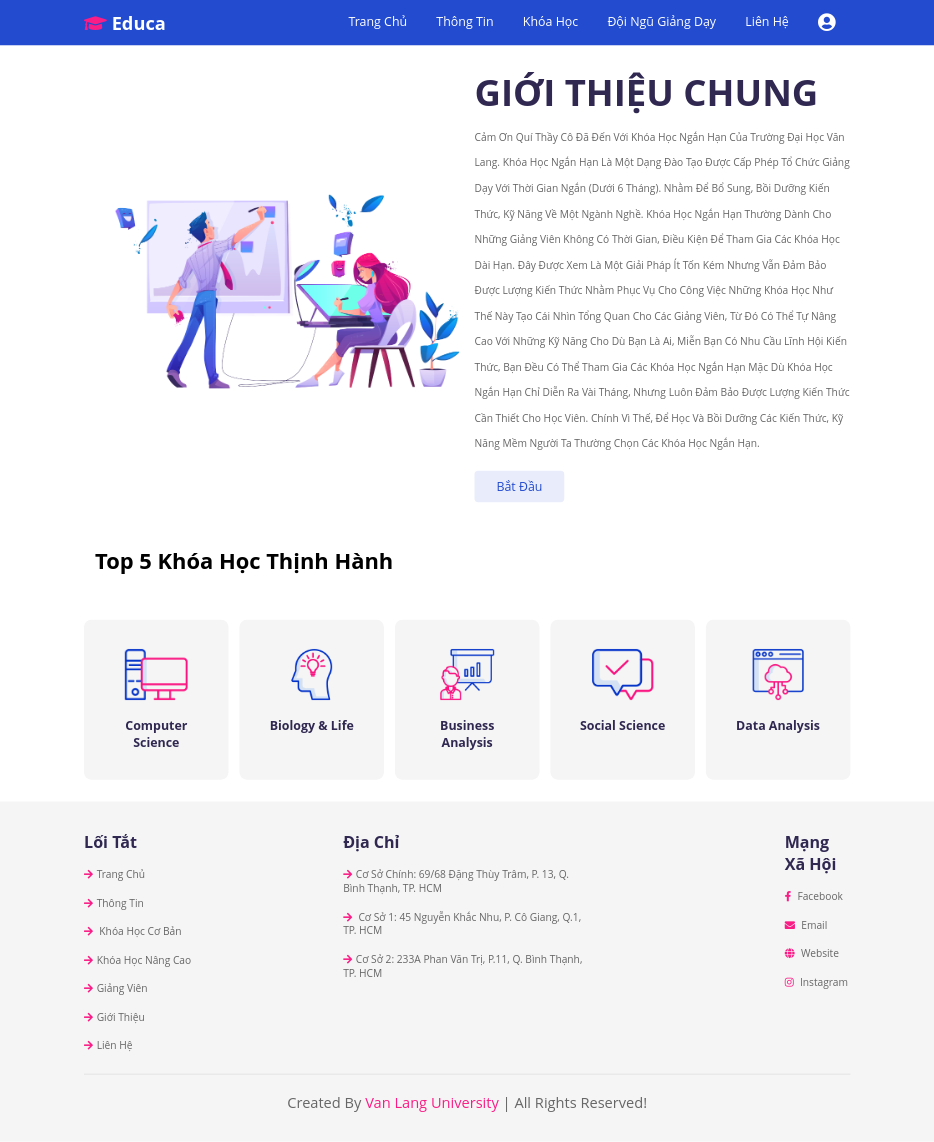
Repository: nhatkhanh022400/Layout
Page: Page-User/home.html
The author's editor kept a copy of each file at every save. The page is drawn from the files as they stood at one save, then again after the next save.
The browser window is 1280 px wide. The pictures show the whole page, at 73% of full size.

Above is the page before, as saved 2022-03-22 16:47:56.
Console error: ReferenceError: $ is not defined

### Page-User/home.html
<!DOCTYPE html>
<html lang="en">
<head>
    <meta charset="UTF-8">
    <meta http-equiv="X-UA-Compatible" content="IE=edge">
    <meta name="viewport" content="width=device-width, initial-scale=1.0">
    <title>home</title>

    <!-- font awesome cdn link  -->
    <link rel="stylesheet" href="https://cdnjs.cloudflare.com/ajax/libs/font-awesome/5.15.4/css/all.min.css">

    <!-- custom css file link  -->
    <link rel="stylesheet" href="css/style.css">
    <link rel="stylesheet" href="https://unpkg.com/aos@next/dist/aos.css" />

</head>
<body>

<!-- header section starts  -->

<header class="header">

    <a href="home.html" class="logo"> <i class="fas fa-graduation-cap"></i> educa </a>

    <div id="menu-btn" class="fas fa-bars"></div>

    <nav class="navbar">
        <ul>
            <li><a href="home.html">Trang Chủ</a></li>
            <li><a href="about.html">Thông Tin</a></li>
            <li><a href="#">Khóa Học</a>
                <ul>
                    <li><a href="course-1.html">Khóa Học Cơ Bản</a></li>
                    <li><a href="course-2.html">Khóa Học Nâng Cao </a></li>

                </ul>
            </li>
            <li>
                <a href="#">Đội Ngũ Giảng Dạy</a>
                <ul>
                    <li><a href="blog.html">Giới Thiệu</a></li>
                    <li><a href="teachers.html">Giảng Viên</a></li>
                </ul>
            </li>
            <li><a href="contact.html">Liên Hệ</a></li>
            <li>
                <a href="#">
                    <i class="fas fa-user-circle"></i>
                </a>
                <ul>
                    <li><a href="user.html">Profile</a></li>
                    <li><a href="sign-up.html">Đăng Xuất</a></li>
                </ul>

            </li>
        </ul>
    </nav>

</header>

<!-- header section ends -->

<!-- home section starts  -->

<section class="home">

    <div class="image">
        <img src="images/home-img.png" alt="">
    </div>

    <div class="content">
        <h3>GIỚI THIỆU CHUNG</h3>
        <p>Cảm ơn quí thầy cô đã đến với khóa học ngắn hạn của Trường Đại Học Văn Lang.

            Khóa học ngắn hạn là một dạng đào tạo được cấp phép tổ chức giảng dạy với thời gian ngắn (dưới 6 tháng). Nhằm để bổ sung, bồi dưỡng kiến thức, kỹ năng về một ngành nghề. Khóa học ngắn hạn thường dành cho những giảng viên không có thời gian, điều kiện để tham gia các khóa học dài hạn. Đây được xem là một giải pháp ít tốn kém nhưng vẫn đảm bảo được lượng kiến thức nhằm phục vụ cho công việc

            Những khóa học như thế này tạo cái nhìn tổng quan cho các giảng viên, từ đó có thể tự nâng cao với những kỹ năng

            Cho dù bạn là ai, miễn bạn có nhu cầu lĩnh hội kiến thức, bạn đều có thể tham gia các khóa học ngắn hạn

            Mặc dù khóa học ngắn hạn chỉ diễn ra vài tháng, nhưng luôn đảm bảo được lượng kiến thức cần thiết cho học viên. Chính vì thế, để học và bồi dưỡng các kiến thức, kỹ năng mềm người ta thường chọn các khóa học ngắn hạn.</p>
        <a href="about.html" class="btn">Bắt Đầu</a>
    </div>

</section>

<!-- home section ends -->

<!-- categories section starts  -->
<section class="trending">Top 5 Khóa Học Thịnh Hành</section>
<section class="category">

    <a href="#" class="box">
        <img src="images/category-1.png" alt="">
        <h3>computer science</h3>
    </a>

    <a href="#" class="box">
        <img src="images/category-2.png" alt="">
        <h3>biology & life</h3>
    </a>

    <a href="#" class="box">
        <img src="images/category-3.png" alt="">
        <h3>business analysis</h3>
    </a>

    <a href="#" class="box">
        <img src="images/category-4.png" alt="">
        <h3>social science</h3>
    </a>

    <a href="#" class="box">
        <img src="images/category-5.png" alt="">
        <h3>data analysis</h3>
    </a>

</section>

<!-- categories section ends -->












<!-- footer section starts  -->

<section class="footer" data-aos="fade-right" data-aos-duration="40000">

    <div class="box-container">

        <div class="box">
            <h3>Lối Tắt</h3>
            <a href="home.html"> <i class="fas fa-arrow-right"></i>Trang Chủ</a>
            <a href="about.html"> <i class="fas fa-arrow-right"></i>Thông Tin </a>
            <a href="course-1.html"> <i class="fas fa-arrow-right"></i> Khóa Học Cơ Bản</a>
            <a href="course-2.html"> <i class="fas fa-arrow-right"></i>Khóa Học Nâng Cao</a>
            <a href="teachers.html"> <i class="fas fa-arrow-right"></i>Giảng Viên</a>
            <a href="blog.html"> <i class="fas fa-arrow-right"></i>Giới Thiệu</a>
            <a href="contact.html"> <i class="fas fa-arrow-right"></i>Liên Hệ</a>
        </div>

        <div class="box">
            <h3>Địa Chỉ</h3>
            <a href="#"> <i class="fas fa-arrow-right"></i>Cơ sở chính: 69/68 Đặng Thùy Trâm, P. 13, Q. Bình Thạnh, TP. HCM</a>
            <a href="#"> <i class="fas fa-arrow-right"></i> Cơ sở 1: 45 Nguyễn Khắc Nhu, P. Cô Giang, Q.1, TP. HCM</a>
            <a href="#"> <i class="fas fa-arrow-right"></i>Cơ sở 2: 233A Phan Văn Trị, P.11, Q. Bình Thạnh, TP. HCM</a>

        </div>

        <div class="box" style="margin-left: 25rem;">
            <h3>Mạng Xã Hội</h3>
            <a href="#"> <i class="fab fa-facebook-f"></i> facebook </a>
            <a href="#"> <i class="fas fa-envelope"></i> email</a>
            <a href="#"> <i class="fas fa-globe"></i> website </a>
            <a href="#"> <i class="fab fa-instagram"></i> instagram </a>

        </div>

    </div>

    <div class="credit"> created by <span>Van Lang University</span> | all rights reserved! </div>

</section>

<!-- footer section ends -->

<!-- custom js file link  -->
<script src="js/script.js"></script>
<script src="https://unpkg.com/aos@next/dist/aos.js"></script>
    <script>
        AOS.init();
    </script>
</body>
</html>

### Page-User/css/style.css
@import url("https://fonts.googleapis.com/css2?family=Poppins:wght@100;300;400;500;600&display=swap");
* {
  font-family: 'Open Sans', sans-serif;
  margin: 0;
  padding: 0;
  -webkit-box-sizing: border-box;
  box-sizing: border-box;
  text-transform: capitalize;
  text-decoration: none;
  outline: none;
  border: none;
  -webkit-transition: all 0.2s linear;
  transition: all 0.2s linear;
}

html {
  font-size: 62.5%;
  overflow-x: hidden;
}

section {
  padding: 3rem 9%;
}

.btn {
  display: inline-block;
  margin-top: 1rem;
  padding: 1rem 3rem;
  background: #e9edfb;
  color: #224bcf;
  cursor: pointer;
  border-radius: 0.5rem;
  font-size: 1.7rem;
}

.btn:hover {
  color: #fff;
  background: #224bcf;
}

.heading {
  background: url(../images/heading-bg.png) no-repeat;
  background-size: cover;
  background-position: center;
}

.heading h3 {
  font-size: 3.5rem;
  color: #302851;
}

.heading p {
  font-size: 1.6rem;
  color: #666;
  padding-top: 0.5rem;
}

.heading p a {
  padding-right: 0.5rem;
  color: #fa1d86;
}

.heading p a:hover {
  color: #224bcf;
}

.header {
  position: -webkit-sticky;
  position: sticky;
  top: 0;
  left: 0;
  right: 0;
  z-index: 1000;
  display: -webkit-box;
  display: -ms-flexbox;
  display: flex;
  -webkit-box-align: center;
  -ms-flex-align: center;
  align-items: center;
  -webkit-box-pack: justify;
  -ms-flex-pack: justify;
  justify-content: space-between;
  padding: 0 9%;
  background: #224bcf;
  height: 62px;
}

.header .logo {
  font-size: 2.5rem;
  font-weight: bolder;
  color: #fff;
  text-decoration: none;
}

.header .logo i {
  color: #fa1d86;
}

.header .navbar ul {
  list-style: none;
  width: 100%;
}

.header .fa-user-circle{
  font-size: 25px;
}

.header .navbar ul li {
  position: relative;
  float: left;
}

.header .navbar ul li:hover ul {
  display: block;
}

.header .navbar ul li a {
  padding: 2rem;
  display: block;
  font-size: 1.7rem;
  color: #fff;
  text-decoration: none;
}

.header .navbar ul li a:hover {
  background: #fa1d86;
}

.header .navbar ul li ul {
  position: absolute;
  left: 0;
  width: 20rem;
  background: #224bcf;
  display: none;
}

.header .navbar ul li ul li {
  width: 100%;
}

#menu-btn {
  cursor: pointer;
  color: #fff;
  font-size: 2.5rem;
  display: none;
}

.home {
  display: -webkit-box;
  display: -ms-flexbox;
  display: flex;
  -webkit-box-align: center;
  -ms-flex-align: center;
  align-items: center;
  -ms-flex-wrap: wrap;
  flex-wrap: wrap;
  gap: 2rem;
}

.home .image {
  -webkit-box-flex: 1;
  -ms-flex: 1 1 42rem;
  flex: 1 1 42rem;
}

.home .image img {
  width: 100%;
}

.home .content {
  -webkit-box-flex: 1;
  -ms-flex: 1 1 42rem;
  flex: 1 1 42rem;
}

.home .content h3 {
  color: #302851;
  font-size: 5rem;
}

.home .content p {
  font-size: 1.4rem;
  color: #666;
  padding: 1rem 0;
  line-height: 2.5;
}

.trending{
  font-size: 30px;
  font-weight: bold;
  margin-left: 1.5rem;
}

.category {
  display: -ms-grid;
  display: grid;
  -ms-grid-columns: (minmax(16rem, 1fr)) [auto-fit];
  grid-template-columns: repeat(auto-fit, minmax(16rem, 1fr));
  gap: 1.5rem;
}

.category .box {
  border-radius: 1rem;
  background: #f5f5f5;
  padding: 4rem 3rem;
  text-align: center;
}

.category .box img {
  height: 7rem;
  margin-bottom: 2rem;
}

.category .box h3 {
  font-size: 1.7rem;
  color: #302851;
}

.about {
  display: -webkit-box;
  display: -ms-flexbox;
  display: flex;
  -webkit-box-align: center;
  -ms-flex-align: center;
  align-items: center;
  -ms-flex-wrap: wrap;
  flex-wrap: wrap;
  gap: 2rem;
}

.about .image {
  -webkit-box-flex: 1;
  -ms-flex: 1 1 42rem;
  flex: 1 1 42rem;
}

.about .image img {
  width: 100%;
}

.about .content {
  -webkit-box-flex: 1;
  -ms-flex: 1 1 42rem;
  flex: 1 1 42rem;
}

.about .content h3 {
  color: #302851;
  font-size: 4.5rem;
}

.about .content p {
  font-size: 1.4rem;
  padding: 1rem 0;
  color: #666;
  line-height: 2.5;
}

.teachers {
  display: -ms-grid;
  display: grid;
  -ms-grid-columns: (minmax(27rem, 1fr)) [auto-fit];
  grid-template-columns: repeat(auto-fit, minmax(27rem, 1fr));
  gap: 1.5rem;

}

.teachers .box {
  text-align: center;
  overflow: hidden;
}

.teachers .box:hover .image .share {
  -webkit-transform: translateY(0);
  transform: translateY(0);
}

.teachers .box:hover .image .share a {
  transform: translateY(10px);
  opacity: 1;
  transition: transform 0.2s 0.2s;
  transition: transform 0.2s 0.2s, -webkit-transform 0.2s 0.2s;
}

.teachers .box:hover .image .share button {
  background-color: transparent;
  color: white;
  font-weight: bold;
  border: 1px solid white;
  padding: 3px 6px;
  border-radius: 3px;
  font-size: 15px;
  transform: translateY(-10px);
  opacity: 1;
  transition: transform 0.2s 0.2s;
}

.teachers .box:hover .image .share .status {
  float: left;
  background-color: transparent;
  color: white;
  font-size: 13px;
  transform: translateY(-10px);
  transition: p 0.2s;
}

.teachers .box .image {
  overflow: hidden;
  height: 32rem;
  width: 100%;
  position: relative;
  border-radius: 1rem;
}

.teachers .box .image .share {
  position: absolute;
  top: 0;
  left: 0;
  height: 100%;
  width: 100%;
  background: rgba(0, 0, 0, 0.7);
  display: -webkit-box;
  display: -ms-flexbox;
  display: flex;
  -webkit-box-align: end;
  -ms-flex-align: end;
  align-items: flex-end;
  -webkit-box-pack: center;
  -ms-flex-pack: center;
  justify-content: center;
  z-index: 10;
  overflow: hidden;
  -webkit-transform: translateY(-100%);
  transform: translateY(-100%);
}

.teachers .box .image .share a {
  font-size: 2.5rem;
  margin: 2rem 1.5rem;
  color: #fff;
  -webkit-transform: translateY(5rem);
  transform: translateY(5rem);
  opacity: 0;
}

.teachers .box .image .share a:hover {
  color: #fa1d86;
}

.teachers .box .image .share button:hover {
  background-color: white;
  color: black;
}

.teachers .box .image img {
  height: 100%;
  width: 100%;
  -o-object-fit: cover;
  object-fit: cover;
}

.teachers .box .content {
  padding-top: 1rem;
}

.teachers .box .content h3 {
  font-size: 2rem;
  color: #302851;
}

.teachers .box .content span {
  color: #666;
  font-size: 1.5rem;
}

.blog {
  display: -ms-grid;
  display: grid;
  -ms-grid-columns: (minmax(31rem, 1fr)) [auto-fit];
  grid-template-columns: repeat(auto-fit, minmax(31rem, 1fr));
  gap: 1.5rem;
}

.blog .box .image {
  height: 25rem;
  width: 100%;
  overflow: hidden;
}

.blog .box .image img {
  height: 100%;
  width: 100%;
  -o-object-fit: cover;
  object-fit: cover;
  border-radius: 0.5rem;
}

.blog .box .content {
  padding: 2rem;
  background: #f5f5f5;
}

.blog .box .content .icons {
  padding: 1.5rem 0;
  margin-bottom: 1rem;
  display: -webkit-box;
  display: -ms-flexbox;
  display: flex;
  -webkit-box-align: center;
  -ms-flex-align: center;
  align-items: center;
  -webkit-box-pack: justify;
  -ms-flex-pack: justify;
  justify-content: space-between;
}

.blog .box .content .icons a {
  font-size: 1.4rem;
  color: #666;
}

.blog .box .content .icons a:hover {
  color: #224bcf;
}

.blog .box .content .icons a i {
  padding-right: 0.5rem;
  color: #224bcf;
}

.blog .box .content h3 {
  font-size: 1.7rem;
  padding: 0.5rem 0;
  color: #302851;
}

.blog .box .content p {
  padding: 1rem 0;
  font-size: 1.4rem;
  line-height: 2.5;
  color: #666;
}

.contact .icons-container {
  display: -ms-grid;
  display: grid;
  -ms-grid-columns: (minmax(30rem, 1fr)) [auto-fit];
  grid-template-columns: repeat(auto-fit, minmax(30rem, 1fr));
  gap: 1.5rem;
}

.contact .icons-container .icons {
  text-align: center;
  padding: 2rem;
  border-radius: 1rem;
  background: #f5f5f5;
  margin-bottom: 2rem;
}

.contact .icons-container .icons i {
  height: 6.5rem;
  width: 6.5rem;
  line-height: 6.5rem;
  font-size: 2.5rem;
  color: #224bcf;
  background: #e9edfb;
  border-radius: 50%;
  text-align: center;
  margin-bottom: 0.5rem;
}

.contact .icons-container .icons h3 {
  font-size: 2rem;
  color: #302851;
  padding: 0.7rem 0;
}

.contact .icons-container .icons p {
  line-height: 2;
  font-size: 1.4rem;
  color: #666;
}

.contact .row {
  display: -webkit-box;
  display: -ms-flexbox;
  display: flex;
  -ms-flex-wrap: wrap;
  flex-wrap: wrap;
  gap: 1.5rem;
}

.contact .row form {
  -webkit-box-flex: 1;
  -ms-flex: 1 1 42rem;
  flex: 1 1 42rem;
  border-radius: 1rem;
  background: #f5f5f5;
  padding: 2rem;
}

.contact .row form h3 {
  font-size: 2.5rem;
  color: #302851;
  margin-bottom: 0.5rem;
}

.contact .row form .box,
.contact .row form textarea {
  width: 100%;
  padding: 1rem 1.2rem;
  font-size: 1.6rem;
  color: #666;
  text-transform: none;
  margin: 1rem 0;
  border-radius: 0.5rem;
  background: #fff;
}

.contact .row form textarea {
  height: 15rem;
  resize: none;
}

.contact .row .map {
  -webkit-box-flex: 1;
  -ms-flex: 1 1 42rem;
  flex: 1 1 42rem;
  width: 100%;
  border-radius: 1rem;
}

.footer {
  background: #f5f5f5;
}

.footer .box-container {
  display: -ms-grid;
  display: grid;
  -ms-grid-columns: (minmax(25rem, 1fr)) [auto-fit];
  grid-template-columns: repeat(auto-fit, minmax(25rem, 1fr));
  gap: 1.5rem;
}

.footer .box-container .box h3 {
  font-size: 2.2rem;
  padding: 1rem 0;
  color: #302851;
}

.footer .box-container .box a {
  display: block;
  font-size: 1.4rem;
  padding: 1rem 0;
  color: #666;
}

.footer .box-container .box a:hover {
  color: #fa1d86;
}

.footer .box-container .box a:hover i {
  padding-right: 2rem;
}

.footer .box-container .box a i {
  color: #fa1d86;
  padding-right: 0.5rem;
}

.footer .credit {
  text-align: center;
  margin-top: 2rem;
  padding: 1rem;
  padding-top: 2.5rem;
  font-size: 2rem;
  color: #666;
  border-top: 0.1rem solid rgba(0, 0, 0, 0.1);
}

.footer .credit span {
  color: #fa1d86;
}

/* =================================user===================================================== */

/* --------------------------------nav----------------------------- */
.border-right{
  font-size: 15px;
}
.form-control:focus {
  box-shadow: none;
  border-color: #BA68C8
}

.profile-button {
  background: rgb(99, 39, 120);
  box-shadow: none;
  border: none
}

.profile-button:hover {
  background: #682773
}

.profile-button:focus {
  background: #682773;
  box-shadow: none
}

.profile-button:active {
  background: #682773;
  box-shadow: none
}

.back:hover {
  color: #682773;
  cursor: pointer
}

.labels {
  font-size: 15px
}

.experience{
  font-size: 13px;
}

.add-experience:hover {
  background: #478cff;
  color: #fff;
  cursor: pointer;
  border: solid 1px #BA68C8
}

/* =============================================================================================== */

/* =================================================sign-up======================================== */

.bg-signup{
  width: 100%;
  min-height: 100vh;
  background-color: #f2f3f5;
  display: flex;
  align-items: center;
  justify-content: center;
  padding: 100px 0;
  background-image: url(../img/login.jpg);
  background-attachment: fixed;
  background-size: cover;
  object-fit: cover;
  background-repeat: no-repeat;
}
.signup {

  padding: 90px 75px;
  background-color: #fff;
  width: 100%;
  max-width: 600px;
  border-radius: 30px;
}

.signup .logo {
  text-align: center;
}
.signup-heading {
  font-size: 40px;
  font-weight: bold;
  color: #373941;
  text-align: center;
  margin-bottom: 35px;
}
.signup-social {
  padding: 10px;
  border-radius: 20px;
  display: block;
  width: 100%;
  color: white;
  font-size: 16px;
  font-weight: bold;
  font-family: "Poppins", sans-serif;
  border: 0;
  background-color: #4c6ff4;
  display: flex;
  align-items: center;
  cursor: pointer;
  outline: none;
  box-shadow: 0 5px 10px 0 rgba(76, 111, 244, 0.5);
}
.signup-social-icon {
  width: 60px;
  height: 60px;
  border-radius: 10px;
  background-color: white;
  display: flex;
  align-items: center;
  justify-content: center;
  color: #4c6ff4;
  font-size: 30px;
}
.signup-social-text {
  display: block;
  margin: 0 auto;
}
.signup-or {
  text-align: center;
  font-size: 16px;
  color: #999;
  margin: 55px auto;
  position: relative;
}
.signup-or span {
  display: inline-block;
  padding: 10px 30px;
  background-color: #fff;
  position: relative;
  z-index: 2;
}
.signup-or:after {
  content: "";
  width: 100%;
  height: 1px;
  background-color: #999;
  position: absolute;
  top: 50%;
  left: 0;
  transform: translateY(-50%);
}
.signup-label {
  font-size: 16px;
  color: #63676b;
  font-weight: 500;
  margin-bottom: 10px;
  display: inline-block;
  cursor: pointer;
}
.signup-input {
  display: block;
  width: 100%;
  padding: 25px;
  border-radius: 14px;
  background-color: #f2f3f5;
  outline: none;
  border: 0;
  font-family: "Poppins", sans-serif;
  font-size: 18px;
  margin-bottom: 30px;
}
.signup-input::-webkit-input-placeholder {
  color: #b4bac0;
  font-weight: 500;
}
.signup-input::-moz-input-placeholder {
  color: #b4bac0;
  font-weight: 500;
}
.signup-submit {
  padding: 25px;
  color: white;
  font-size: 18px;
  text-align: center;
  border: 0;
  outline: none;
  display: inline-block;
  width: 100%;
  border-radius: 14px;
  background-color: rgb(130, 201, 30);
  font-family: "Poppins", sans-serif;
  cursor: pointer;
  font-weight: 600;
  box-shadow: 0 5px 10px 0 rgba(130, 201, 30, 0.5);
  margin-top: 25px;
  margin-bottom: 25px;
}
.signup-already {
  text-align: center;
  font-size: 16px;
  color: #999;
}
.signup-login-link {
  color: #2979ff;
  text-decoration: none;
}
/* ================================================================================================= */

/* ================================================animation========================================== */


@media (max-width: 1200px) {
  html {
    font-size: 55%;
  }
  section {
    padding: 3rem 2rem;
  }
}

@media (max-width: 768px) {
  #menu-btn {
    display: inline-block;
  }
  .header {
    padding: 2rem;
  }
  .header .navbar {
    position: absolute;
    top: 99%;
    left: 0;
    right: 0;
    background: #224bcf;
    -webkit-clip-path: polygon(0 0, 100% 0, 100% 0, 0 0);
    clip-path: polygon(0 0, 100% 0, 100% 0, 0 0);
  }
  .header .navbar.active {
    -webkit-clip-path: polygon(0 0, 100% 0, 100% 100%, 0 100%);
    clip-path: polygon(0 0, 100% 0, 100% 100%, 0 100%);
  }
  .header .navbar ul li {
    width: 100%;
  }
  .header .navbar ul li ul {
    width: 100%;
    position: relative;
  }
  .about .content h3 {
    font-size: 3rem;
  }
  .main-video video {
    width: 95%;
    border-width: 0.2rem;
  }
}

@media (max-width: 450px) {
  html {
    font-size: 50%;
  }
}

### Page-User/js/script.js
let navbar = document.querySelector('.header .navbar');

document.querySelector('#menu-btn').onclick = () =>{
    navbar.classList.toggle('active');
}

window.onscroll = () =>{
    navbar.classList.remove('active');
}

$(document).ready(function(){
    $(window).scroll(function(){
        $(".teachersani").each(function(){
            const pos = $(this).offset().top;
            const winTop = $(window).scrollTop();
            if (pos < winTop + 600) {
                $(this).addClass("slide");
            }
        })
    })
})

After the next save:
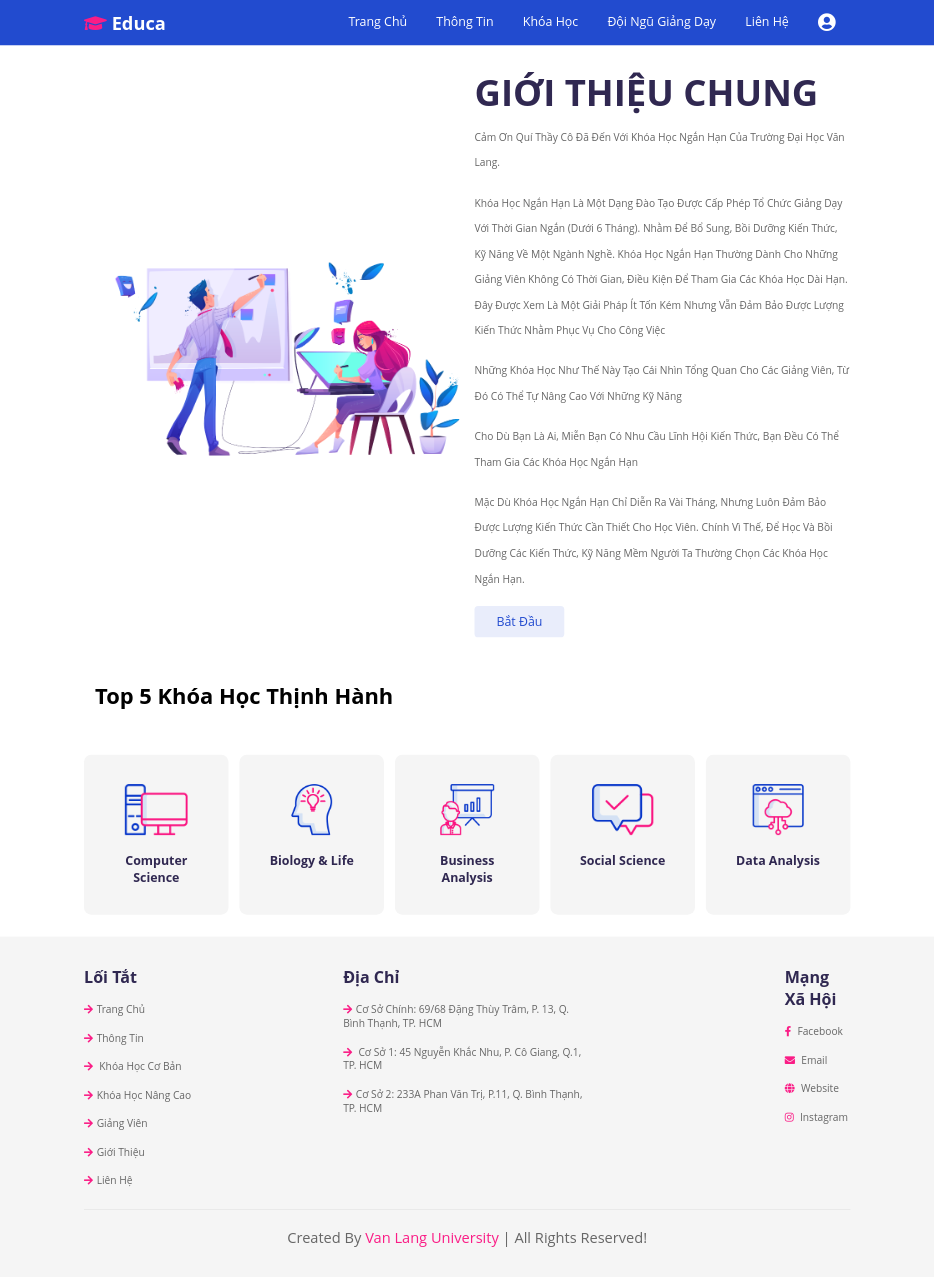
Saved 54 s later.
--- a/Page-User/home.html
+++ b/Page-User/home.html
@@ -70,15 +70,15 @@
 
     <div class="content">
         <h3>GIỚI THIỆU CHUNG</h3>
-        <p>Cảm ơn quí thầy cô đã đến với khóa học ngắn hạn của Trường Đại Học Văn Lang.
+        <p>Cảm ơn quí thầy cô đã đến với khóa học ngắn hạn của Trường Đại Học Văn Lang.</p>
 
-            Khóa học ngắn hạn là một dạng đào tạo được cấp phép tổ chức giảng dạy với thời gian ngắn (dưới 6 tháng). Nhằm để bổ sung, bồi dưỡng kiến thức, kỹ năng về một ngành nghề. Khóa học ngắn hạn thường dành cho những giảng viên không có thời gian, điều kiện để tham gia các khóa học dài hạn. Đây được xem là một giải pháp ít tốn kém nhưng vẫn đảm bảo được lượng kiến thức nhằm phục vụ cho công việc
+           <p> Khóa học ngắn hạn là một dạng đào tạo được cấp phép tổ chức giảng dạy với thời gian ngắn (dưới 6 tháng). Nhằm để bổ sung, bồi dưỡng kiến thức, kỹ năng về một ngành nghề. Khóa học ngắn hạn thường dành cho những giảng viên không có thời gian, điều kiện để tham gia các khóa học dài hạn. Đây được xem là một giải pháp ít tốn kém nhưng vẫn đảm bảo được lượng kiến thức nhằm phục vụ cho công việc</p>
 
-            Những khóa học như thế này tạo cái nhìn tổng quan cho các giảng viên, từ đó có thể tự nâng cao với những kỹ năng
+           <p> Những khóa học như thế này tạo cái nhìn tổng quan cho các giảng viên, từ đó có thể tự nâng cao với những kỹ năng</p>
 
-            Cho dù bạn là ai, miễn bạn có nhu cầu lĩnh hội kiến thức, bạn đều có thể tham gia các khóa học ngắn hạn
+           <p> Cho dù bạn là ai, miễn bạn có nhu cầu lĩnh hội kiến thức, bạn đều có thể tham gia các khóa học ngắn hạn</p>
 
-            Mặc dù khóa học ngắn hạn chỉ diễn ra vài tháng, nhưng luôn đảm bảo được lượng kiến thức cần thiết cho học viên. Chính vì thế, để học và bồi dưỡng các kiến thức, kỹ năng mềm người ta thường chọn các khóa học ngắn hạn.</p>
+           <p> Mặc dù khóa học ngắn hạn chỉ diễn ra vài tháng, nhưng luôn đảm bảo được lượng kiến thức cần thiết cho học viên. Chính vì thế, để học và bồi dưỡng các kiến thức, kỹ năng mềm người ta thường chọn các khóa học ngắn hạn.</p>
         <a href="about.html" class="btn">Bắt Đầu</a>
     </div>
 
